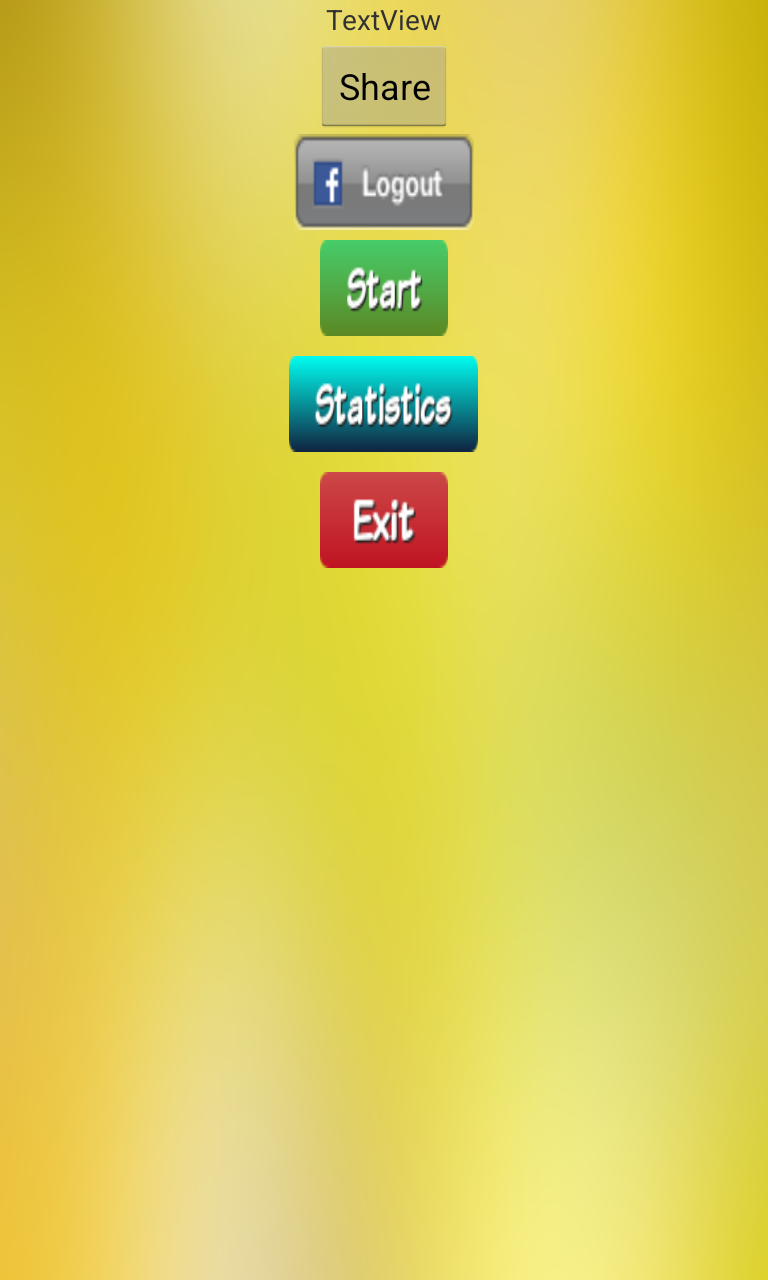
Repository: kingstonbg/workspaceAndroid
Layout: TaxiRoute/res/layout/activity_main_menu.xml
The author's editor kept a copy of each file at every save. The layout is drawn from the files as they stood at one save, then again after the next save.
It is drawn on a 768 x 1280 px phone screen (xhdpi) without system bars, with theme AppTheme; the app's code is not run.

Above is the layout before, as saved 2013-02-18 14:43:23.

### TaxiRoute/res/layout/activity_main_menu.xml
<?xml version="1.0" encoding="utf-8"?>
<LinearLayout xmlns:android="http://schemas.android.com/apk/res/android"
    android:layout_width="match_parent"
    android:layout_height="match_parent"
    android:background="@drawable/bgtest"
    android:gravity="center_horizontal"
    android:orientation="vertical" >

    <TextView
        android:id="@+id/login_status"
        android:layout_width="wrap_content"
        android:layout_height="wrap_content"
        android:text="TextView" />

    <Button
        android:id="@+id/share"
        android:layout_width="wrap_content"
        android:layout_height="wrap_content"
        android:text="Share" />

    <Button
        android:id="@+id/btn_clear_credentials"
        android:layout_width="90dp"
        android:layout_height="wrap_content"
        android:background="@drawable/logout" />

    <Button
        android:id="@+id/buttonStart"
        android:layout_width="wrap_content"
        android:layout_height="wrap_content"
        android:layout_margin="5dp"
        android:background="@drawable/buttonstart" />


    <Button
        android:id="@+id/buttonStatistics"
        android:layout_width="wrap_content"
        android:layout_height="wrap_content"
        android:layout_margin="5dp"
        android:background="@drawable/buttonstatistics" />


    <Button
        android:id="@+id/buttonExit"
        android:layout_width="wrap_content"
        android:layout_height="wrap_content"
        android:layout_marginTop="5dp"
        android:background="@drawable/buttonexit" />

</LinearLayout>

Loaded but not shown: TaxiRoute/res/values/styles.xml (common file); TaxiRoute/res/values-v11/styles.xml (common file); TaxiRoute/res/values-v14/styles.xml (common file)

After the next save:
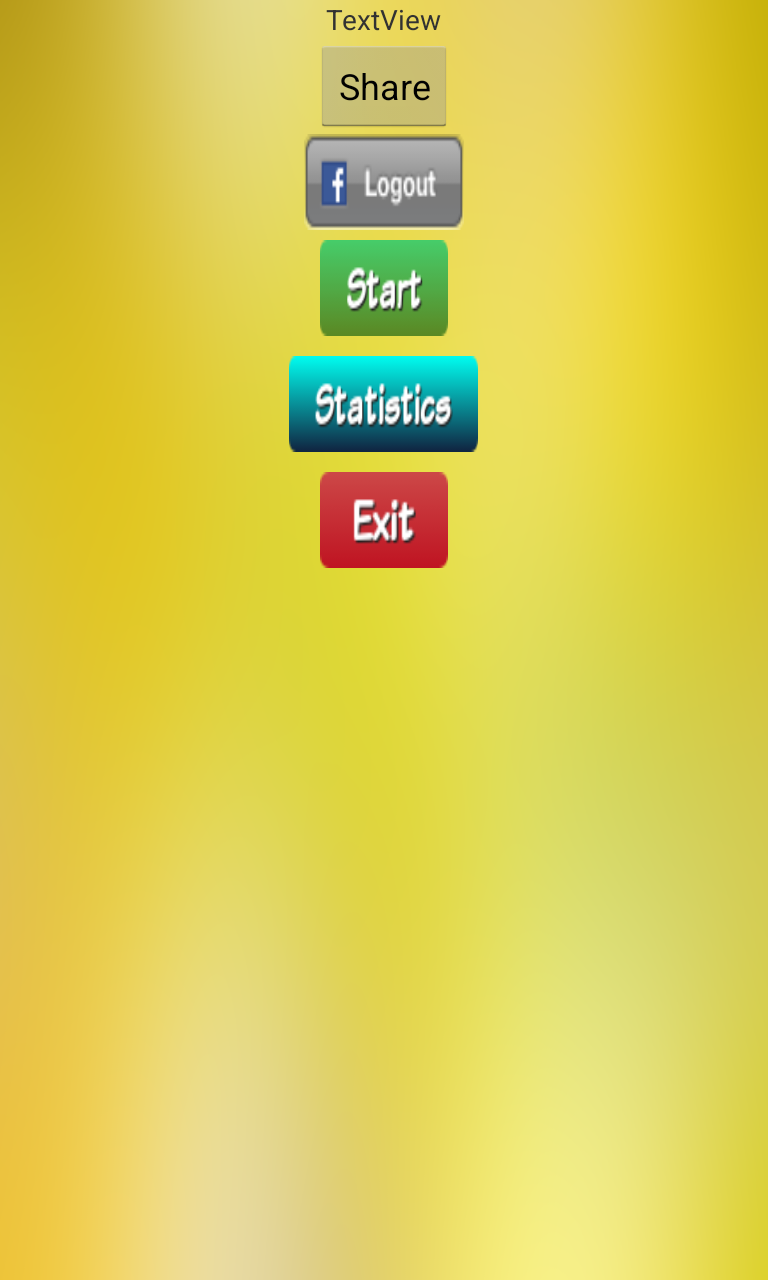
Saved 6 s later.
--- a/TaxiRoute/res/layout/activity_main_menu.xml
+++ b/TaxiRoute/res/layout/activity_main_menu.xml
@@ -20,7 +20,7 @@
 
     <Button
         android:id="@+id/btn_clear_credentials"
-        android:layout_width="90dp"
+        android:layout_width="80dp"
         android:layout_height="wrap_content"
         android:background="@drawable/logout" />
 
